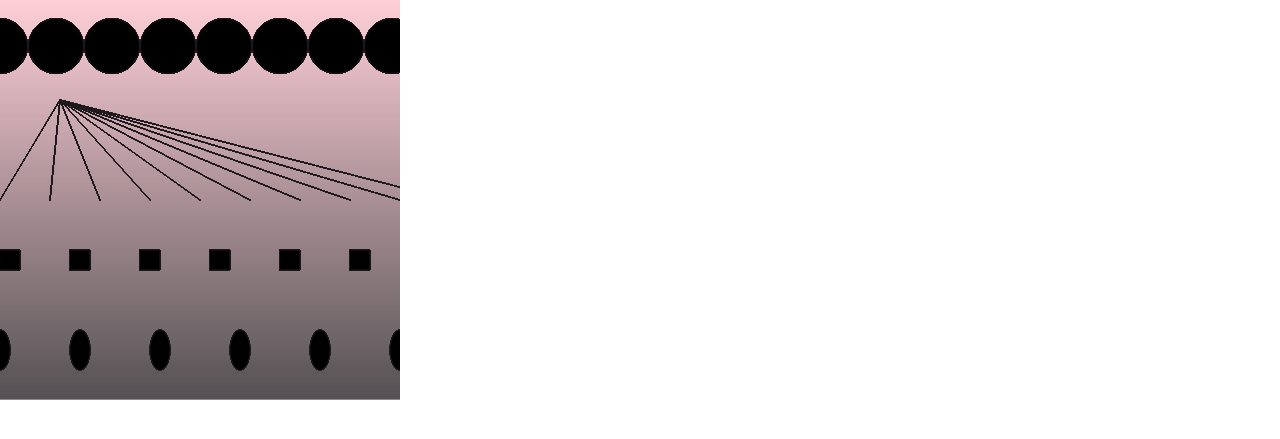
Repository: patriciqa/GenComp
Page: content/day01/03/index.html
These files come from the project's save history. The page is drawn as it stood at one moment and after the next save; the edit follows.
The browser window is 1280 px wide. The pictures show the whole page.

Above is the page before, as saved 2021-09-29 15:09:38.

### content/day01/03/sketch.js
function setup() {
  createCanvas(400, 400);
  c1 = color('pink');
  c2 = color(28, 24, 27);
  setGradient(c1, c2);
}

function draw() {

for(let i = 0; i <10; i++) {
  fill('black')
  ellipse(56*i, 46, 55, 55);
  line(50*i, 200, 60,   100);
  rect(70*i, 250, 20,   20);
  ellipse(80*i, 350, 20,   40);

}





}

function setGradient(c1, c2) {
  noFill();
  for (var y = 0; y < height; y++) {
    var inter = map(y, 0, height, 0, 1);
    var c = lerpColor(c1, c2, inter);
    stroke(c);
    line(0, y, width, y);
  }
}

Loaded but not shown: content/day01/03/index.html (common file); content/day01/03/style.css (common file); content/day01/03/libraries/p5.min.js (library); content/day01/03/libraries/p5.sound.min.js (library)

After the next save:
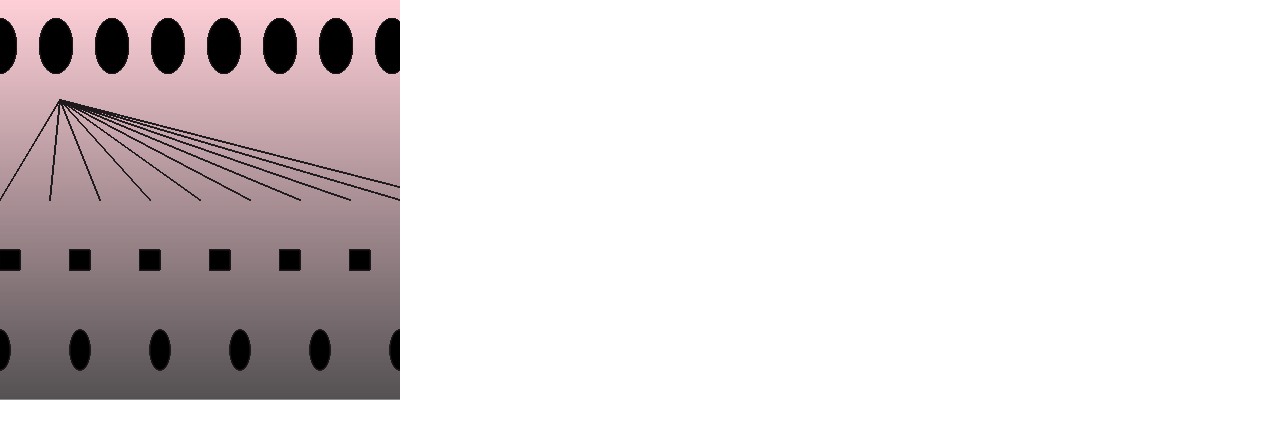
Saved 15 s later.
--- a/content/day01/03/sketch.js
+++ b/content/day01/03/sketch.js
@@ -9,7 +9,7 @@ function draw() {
 
 for(let i = 0; i <10; i++) {
   fill('black')
-  ellipse(56*i, 46, 55, 55);
+  ellipse(56*i, 46, 33, 55);
   line(50*i, 200, 60,   100);
   rect(70*i, 250, 20,   20);
   ellipse(80*i, 350, 20,   40);
